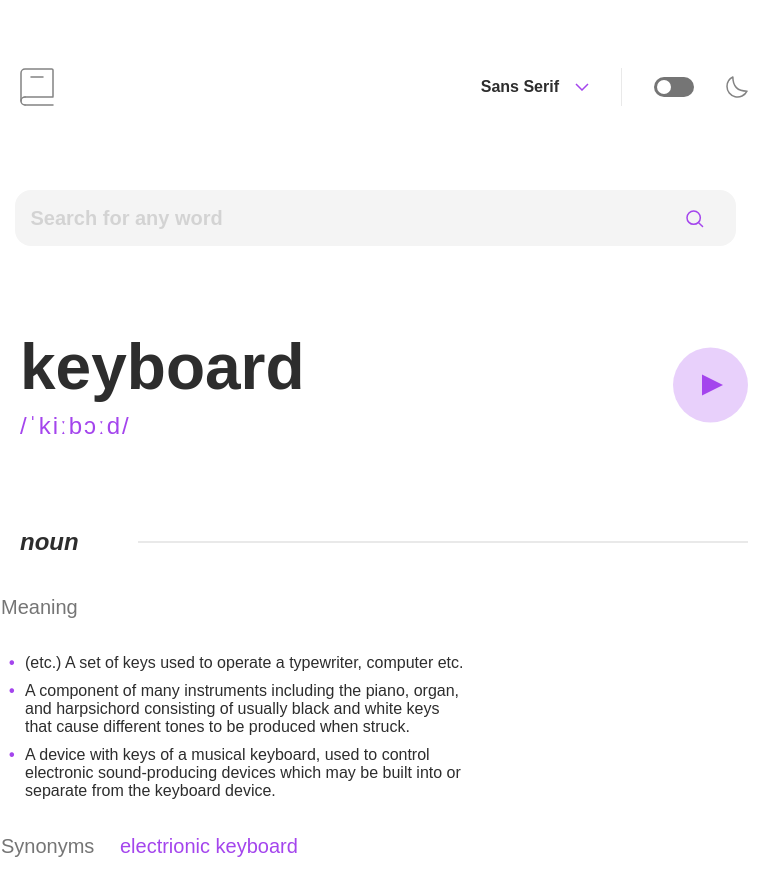
Repository: Arkitecth/dictionary-app
Page: index.html
These files come from the project's save history. The page is drawn as it stood at one moment and after the next save; the edit follows.
The browser window is 768 px wide. The pictures show the whole page.

Above is the page before, as saved 2023-07-20 17:45:27.

After the next save:
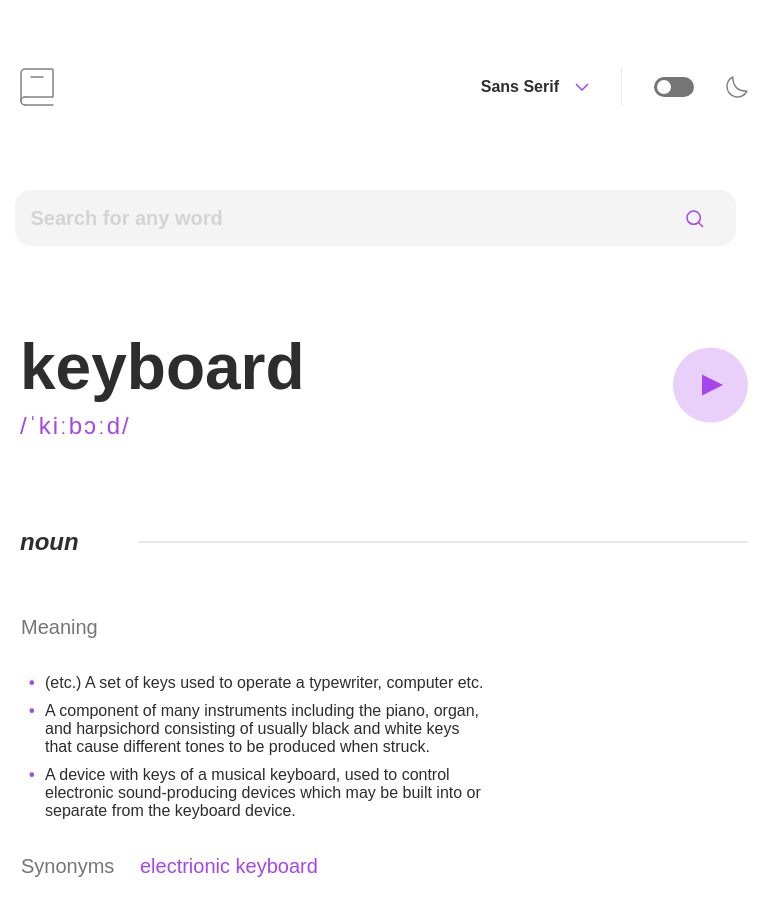
Saved 12 s later.
--- a/styles.css
+++ b/styles.css
@@ -308,6 +308,7 @@
     .description {
         text-align: left;
         margin: 0;
-    }
-
-}
+        padding: 20px;
+    }
+
+}
